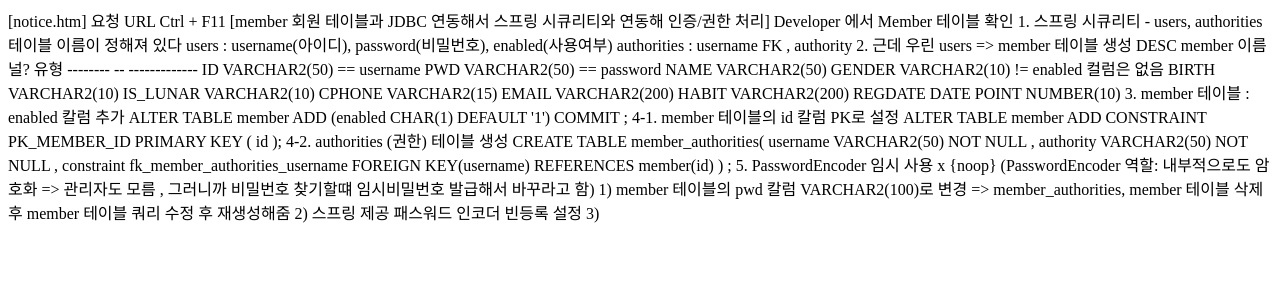
Repository: Vida0822/-
Page: SL11_SECURITY2_JDBC/src/main/webapp/customer/notice.htm
An editor plug-in stored every save of this project. The page is shown before and after the next save, followed by the edit.
The browser window is 1280 px wide. The pictures show the whole page.

Above is the page before, as saved 2023-07-05 01:06:34.

After the next save:
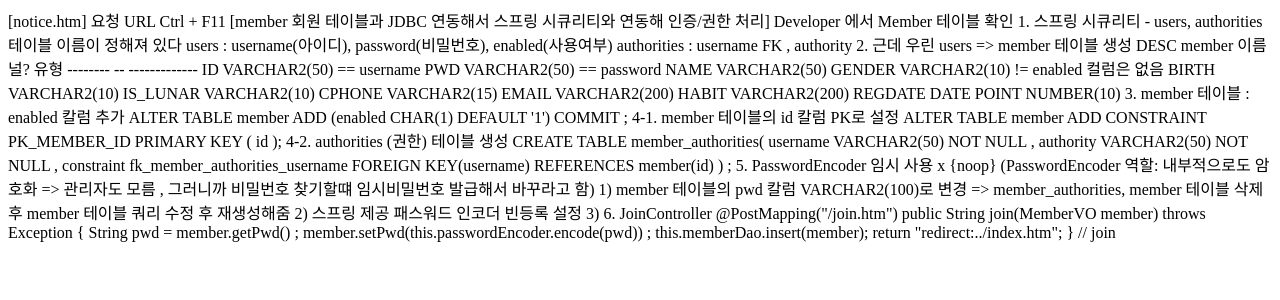
Saved 10 s later.
--- a/SL11_SECURITY2_JDBC/src/main/webapp/customer/notice.htm
+++ b/SL11_SECURITY2_JDBC/src/main/webapp/customer/notice.htm
@@ -75,3 +75,14 @@ CREATE TABLE member_authorities(
 			<security:password-encoder ref="bCryptPasswordEncoder"/>
 		</security:authentication-provider>
 	</security:authentication-manager>
+
+
+
+6. JoinController
+	@PostMapping("/join.htm")
+	public String join(MemberVO member) throws Exception {
+		String pwd = member.getPwd() ;
+		member.setPwd(this.passwordEncoder.encode(pwd)) ;
+		this.memberDao.insert(member);
+		return "redirect:../index.htm";
+	} // join
